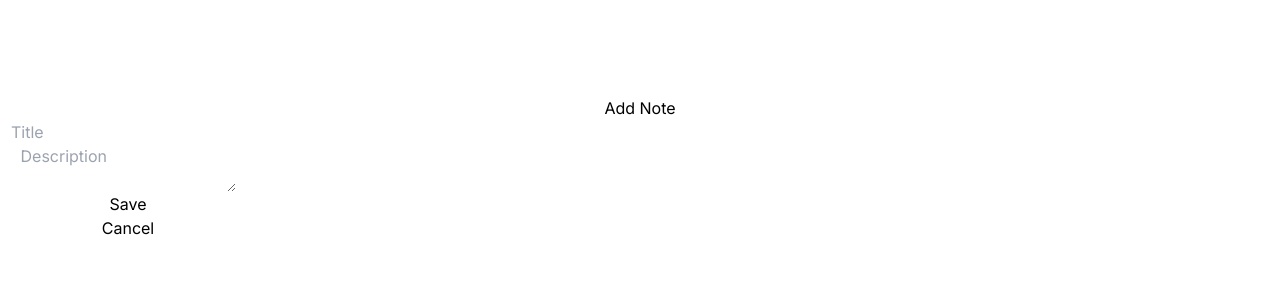
Repository: drumsmanku/next-and-nest-note-taker
Page: / (app in client/), after clicking the first element matching `button`
These files come from the project's save history. The page is drawn as it stood at one moment and after the next save; the edit follows.
The browser window is 1280 px wide. The pictures show the whole page.
The page's requests for data from a server got no answer. The project was rebuilt for these pictures with package versions that can differ from the ones it lists, and the page was loaded fresh each time. The framework's server and built-in components were replaced by stand-ins that run in the browser. No one was signed in, and anything a server would have sent is missing. Also part of the build but not shown: client/next.config.mjs.

Above is the page before, as saved 2024-03-14 12:38:55.

After the next save:
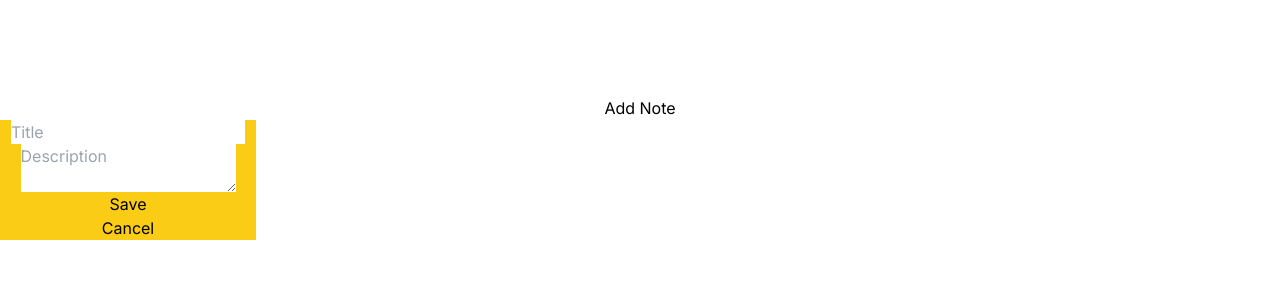
Saved 73 s later.
--- a/client/app/components/NotesComponent.tsx
+++ b/client/app/components/NotesComponent.tsx
@@ -77,7 +77,7 @@ const NotesComponent: React.FC = () => {
       <button  onClick={() => setShowCreatePopup(true)}>Add Note</button>
       <div className='flex '>
         {showCreatePopup && (
-          <div className='flex flex-col w-[20%] items-center'>
+          <div className='flex flex-col w-[20%] items-center bg-yellow-400'>
             <input
               type="text"
               placeholder="Title"
